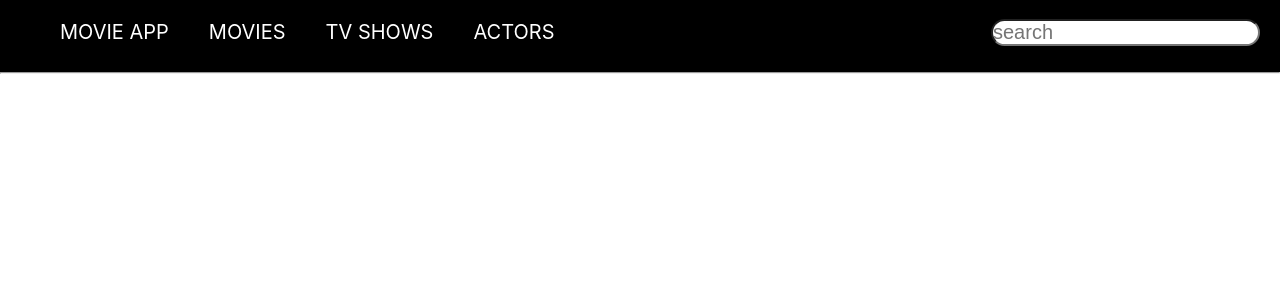
Repository: manahiang/MovieMana
Page: / (app in src/)
An editor plug-in stored every save of this project. The page is shown before and after the next save, followed by the edit.
The browser window is 1280 px wide. The pictures show the whole page.
The project was rebuilt for these pictures with package versions that can differ from the ones it lists, and the page was loaded fresh each time. Also part of the build but not shown: src/src/App.css.

Above is the page before, as saved 2022-11-14 10:51:55.

After the next save:
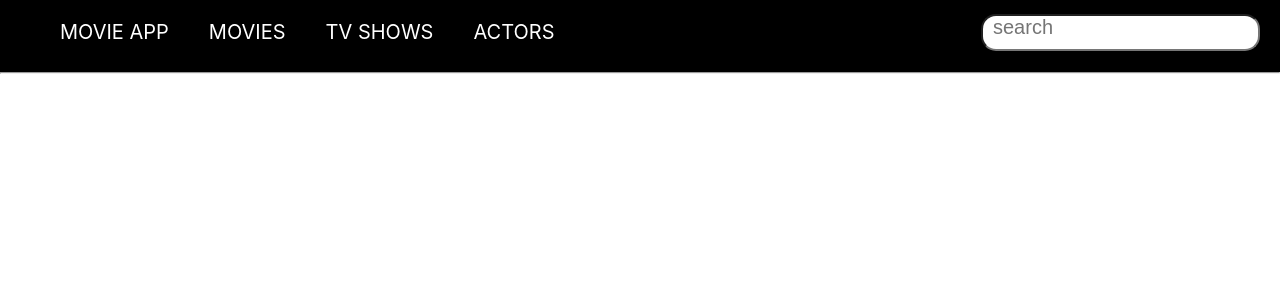
Saved 10 s later.
--- a/src/src/index.css
+++ b/src/src/index.css
@@ -34,7 +34,7 @@ body {
   font-size: 20px;
   border-radius: 15px;
   padding-left: 20px;
-  padding:0 0
+  padding:0 0 10px 10px
 
 }
 .menu ul li:hover a{
